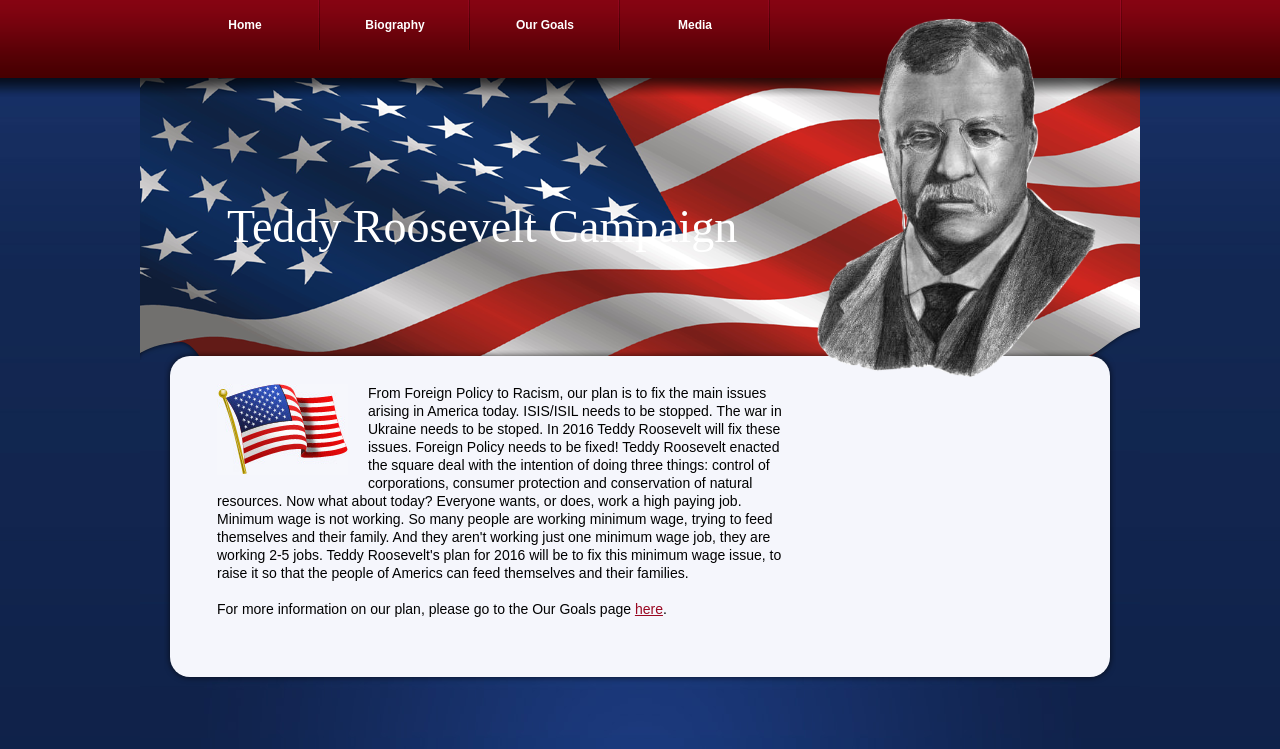
Repository: teddyroosevelt618/teddyroosevelt618.github.io
Page: index.html
The author's editor kept a record of every edit. The page is drawn from the files as they stood at one moment, then again after the next edit.
The browser window is 1280 px wide. The pictures show the whole page.

Above is the page before.

After the next edit:
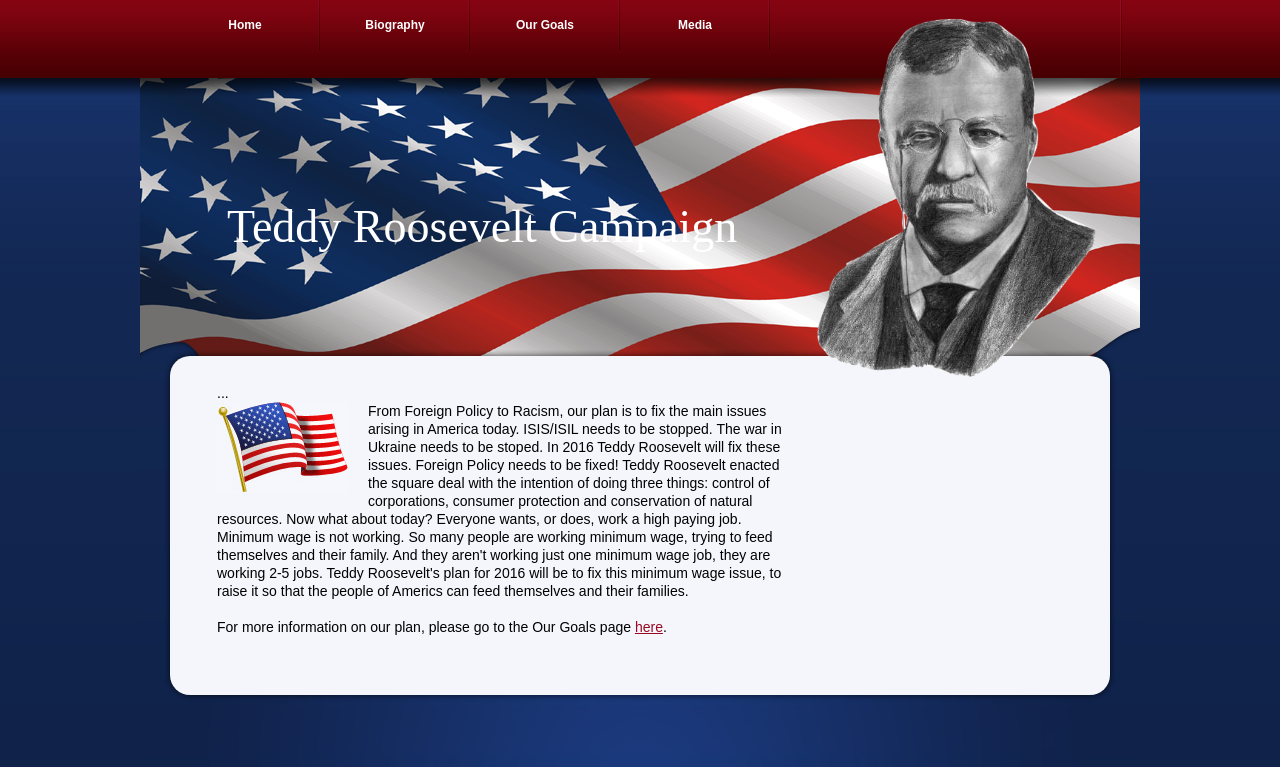
The edit:
--- a/index.html
+++ b/index.html
@@ -52,6 +52,13 @@
                   <div class="wrapper">
                     <div class="pad_right">
                       <div class="wrapper pad_bot1">
+                        <div id="cp_widget_250d5d4e-7a85-409d-a9c4-81dd3ddc9951">...</div><script type="text/javascript">
+var cpo = []; cpo["_object"] ="cp_widget_250d5d4e-7a85-409d-a9c4-81dd3ddc9951"; cpo["_fid"] = "AoKAfJsVUlQh";
+var _cpmp = _cpmp || []; _cpmp.push(cpo);
+(function() { var cp = document.createElement("script"); cp.type = "text/javascript";
+cp.async = true; cp.src = "//www.cincopa.com/media-platform/runtime/libasync.js";
+var c = document.getElementsByTagName("script")[0];
+c.parentNode.insertBefore(cp, c); })(); </script><noscript>Powered by Cincopa <a href='http://www.cincopa.com/video-hosting'>Video Hosting for Business</a> solution.<span>New Gallery 2014/12/3</span><span>originaldate</span><span> 1/1/0001 6:00:00 AM</span><span>width</span><span> 311</span><span>height</span><span> 162</span><span>originaldate</span><span> 1/1/0001 6:00:00 AM</span><span>width</span><span> 599</span><span>height</span><span> 469</span><span>originaldate</span><span> 1/1/0001 6:00:00 AM</span><span>width</span><span> 605</span><span>height</span><span> 412</span></noscript>
                         <figure class="left marg_right1"><img src="images/page1_img1.jpg" alt=""></figure>
                         <p>From Foreign Policy to Racism, our plan is to fix the main issues arising in America today.
                         ISIS/ISIL needs to be stopped. The war in Ukraine needs to be stoped. In 2016 Teddy Roosevelt will fix these issues.
